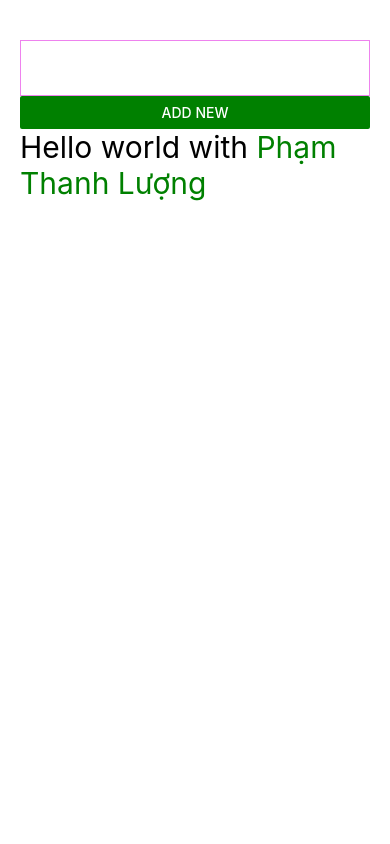
Repository: LuongPTCE181311/React-Native-Ultimate
Screen: /
These files come from the project's save history. The screen is drawn as it stood at one moment and after a run of saves; the edit follows.
The app was drawn by React Native's web renderer in a window 390 px wide. The project was rebuilt for these pictures with package versions that can differ from the ones it lists, and the page was loaded fresh each time. Some packages were replaced by stand-ins written for this rebuild.

Above is the screen before, as saved 2026-06-14 16:32:09.

### App.tsx
import { StatusBar } from 'expo-status-bar';
import { useState } from 'react';
import { Button, StyleSheet, Text, TextInput, View } from 'react-native';



export default function App() {

  const [name, setName] = useState<string>("");

  const [person, setPerson] = useState<{
    name: string;
    age: number;
  }>({
    name: "hoi dan it",
    age: 32
  })
  return (
    <View style={styles.container}>
      <View>
        <TextInput
         keyboardType='ascii-capable'
         multiline={true}
         onChangeText={value => setName(value)}
         value={name}
         style={styles.borderInput}/>
        <Text style={styles.text} >{name}</Text>
      </View>

      <Button title='Add new' color={"green"} />

      <Text style={styles.text2}>Hello world with
        <Text style={styles.greenColor}> Phạm Thanh Lượng</Text>
      </Text>
    </View>
  );
}

const styles = StyleSheet.create({
  greenColor: {
    color: "green"
  },
  text: {
    fontSize: 30,
    color: "red"
  },
  text2: {
    fontSize: 30
  },
  container: {
    flex: 1,
    backgroundColor: '#fff',
    // alignItems: 'center',
    // justifyContent: 'center'
    paddingHorizontal: 20,
    paddingTop: 40,
  },
  borderInput: {
    borderColor: "violet",
    borderWidth: 1,
    padding: 10
  }
});

Loaded but not shown: index.ts (common file)

After the next 4 saves:
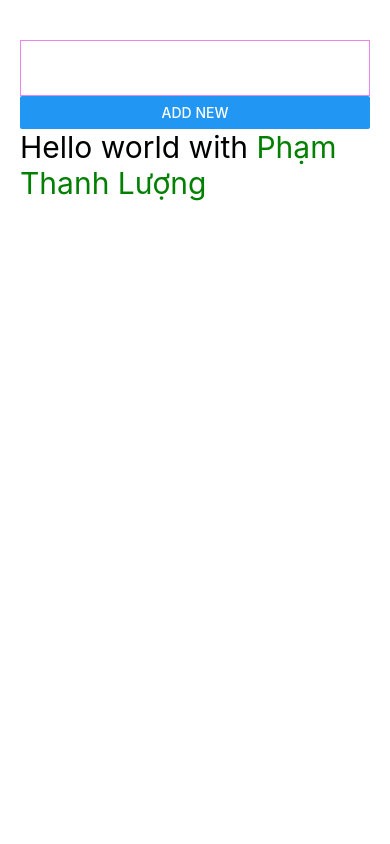
The 4 saves are shown as one change because 2 did not build or start and some came seconds apart.
The last was saved 43 s later.
--- a/App.tsx
+++ b/App.tsx
@@ -27,7 +27,7 @@ export default function App() {
         <Text style={styles.text} >{name}</Text>
       </View>
 
-      <Button title='Add new' color={"green"} />
+      <Button title='Add new' onPress={() => alear}/>
 
       <Text style={styles.text2}>Hello world with
         <Text style={styles.greenColor}> Phạm Thanh Lượng</Text>
